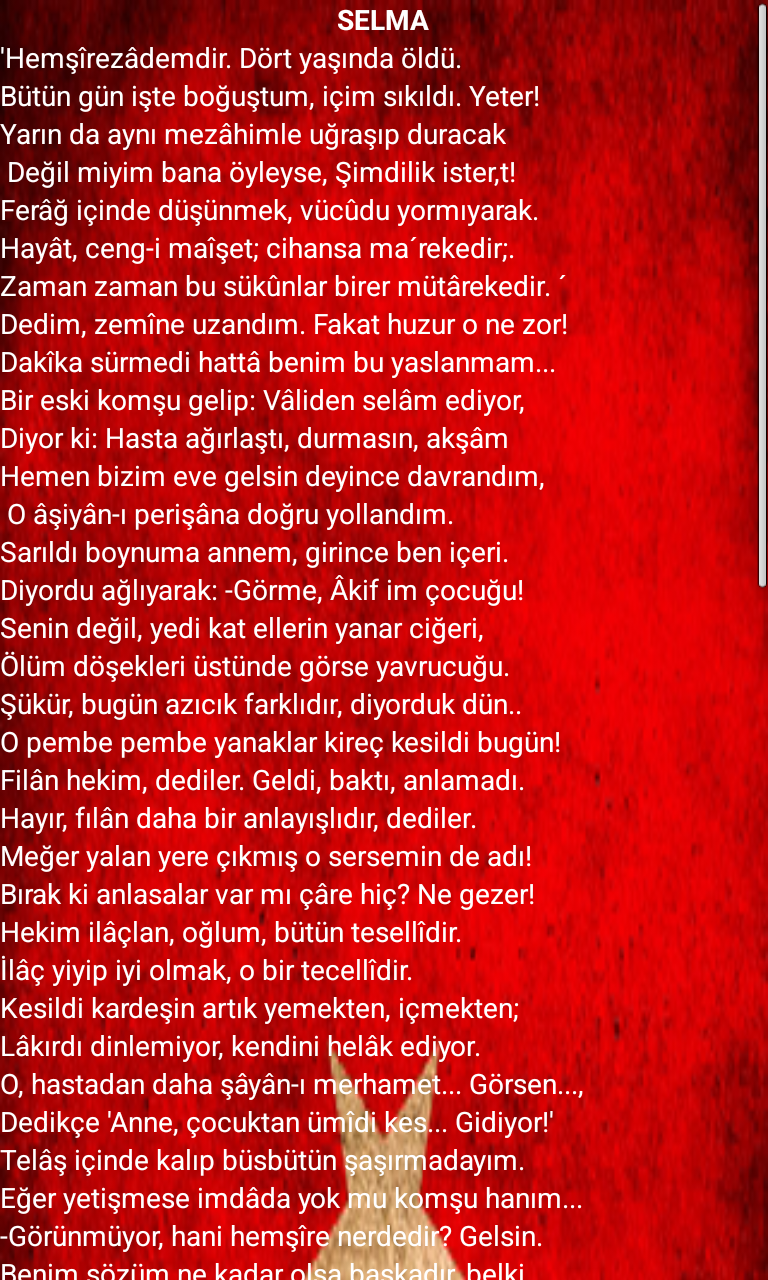
Repository: dokayazilim/Safahat-Android--Uygulamasi
Layout: safahat(android)/Safahat/res/layout/kitap12.xml
An editor plug-in stored every save of this project. The layout is shown before and after the next save, followed by the edit.
It is drawn on a 768 x 1280 px phone screen (xhdpi) without system bars, with theme android:Theme; the app's code is not run.

Above is the layout before, as saved 2012-09-06 13:02:48.

### safahat(android)/Safahat/res/layout/kitap12.xml
<?xml version="1.0" encoding="utf-8"?>
<ScrollView    android:id="@+id/widget1"    android:layout_width="fill_parent"    android:layout_height="fill_parent"    xmlns:android="http://schemas.android.com/apk/res/android"    >
<LinearLayout xmlns:android="http://schemas.android.com/apk/res/android"
    android:layout_width="fill_parent"
    android:layout_height="fill_parent"
    android:orientation="vertical" android:background="@drawable/androidturk">

  <TextView
        android:id="@+id/textView1"
        android:layout_width="wrap_content"
        android:layout_height="wrap_content"
        android:text="SELMA" android:textColor="#ffffff" android:textStyle="bold" android:layout_gravity="center"/>
<TextView
        android:id="@+id/textView2"
        android:layout_width="wrap_content"
        android:layout_height="wrap_content"
        android:text="'Hemşîrezâdemdir. Dört yaşında öldü. " android:textColor="#ffffff"/>
<TextView
        android:id="@+id/textView3"
        android:layout_width="wrap_content"
        android:layout_height="wrap_content"
        android:text="Bütün gün işte boğuştum, içim sıkıldı. Yeter!" android:textColor="#ffffff"/>
<TextView
        android:id="@+id/textView4"
        android:layout_width="wrap_content"
        android:layout_height="wrap_content"
        android:text="Yarın da aynı mezâhimle uğraşıp duracak" android:textColor="#ffffff"/>
<TextView
        android:id="@+id/textView5"
        android:layout_width="wrap_content"
        android:layout_height="wrap_content"
        android:text="
Değil miyim bana öyleyse, Şimdilik ister,t!
" android:textColor="#ffffff"/>
<TextView
        android:id="@+id/textView6"
        android:layout_width="wrap_content"
        android:layout_height="wrap_content"
        android:text="Ferâğ içinde düşünmek, vücûdu yormıyarak." android:textColor="#ffffff"/>
<TextView
        android:id="@+id/textView7"
        android:layout_width="wrap_content"
        android:layout_height="wrap_content"
        android:text="Hayât, ceng-i maîşet; cihansa ma´rekedir;." android:textColor="#ffffff"/>
<TextView
        android:id="@+id/textView8"
        android:layout_width="wrap_content"
        android:layout_height="wrap_content"
        android:text="Zaman zaman bu sükûnlar birer mütârekedir. ´" android:textColor="#ffffff"/>
<TextView
        android:id="@+id/textView9"
        android:layout_width="wrap_content"
        android:layout_height="wrap_content"
        android:text="Dedim, zemîne uzandım. Fakat huzur o ne zor!" android:textColor="#ffffff"/>
<TextView
        android:id="@+id/textView10"
        android:layout_width="wrap_content"
        android:layout_height="wrap_content"
        android:text="Dakîka sürmedi hattâ benim bu yaslanmam..." android:textColor="#ffffff"/>
<TextView
        android:id="@+id/textView11"
        android:layout_width="wrap_content"
        android:layout_height="wrap_content"
        android:text="Bir eski komşu gelip: Vâliden selâm ediyor," android:textColor="#ffffff"/>
<TextView
        android:id="@+id/textView12"
        android:layout_width="wrap_content"
        android:layout_height="wrap_content"
        android:text="Diyor ki: Hasta ağırlaştı, durmasın, akşâm" android:textColor="#ffffff"/>
<TextView
        android:id="@+id/textView13"
        android:layout_width="wrap_content"
        android:layout_height="wrap_content"
        android:text="Hemen bizim eve gelsin deyince davrandım," android:textColor="#ffffff"/>
<TextView
        android:id="@+id/textView14"
        android:layout_width="wrap_content"
        android:layout_height="wrap_content"
        android:text="
O âşiyân-ı perişâna doğru yollandım.
" android:textColor="#ffffff"/>
<TextView
        android:id="@+id/textView15"
        android:layout_width="wrap_content"
        android:layout_height="wrap_content"
        android:text="Sarıldı boynuma annem, girince ben içeri." android:textColor="#ffffff"/>
<TextView
        android:id="@+id/textView16"
        android:layout_width="wrap_content"
        android:layout_height="wrap_content"
        android:text="Diyordu ağlıyarak: -Görme, Âkif im çocuğu!" android:textColor="#ffffff"/>
<TextView
        android:id="@+id/textView17"
        android:layout_width="wrap_content"
        android:layout_height="wrap_content"
        android:text="Senin değil, yedi kat ellerin yanar ciğeri," android:textColor="#ffffff"/>
<TextView
        android:id="@+id/textView18"
        android:layout_width="wrap_content"
        android:layout_height="wrap_content"
        android:text="Ölüm döşekleri üstünde görse yavrucuğu." android:textColor="#ffffff"/>
<TextView
        android:id="@+id/textView19"
        android:layout_width="wrap_content"
        android:layout_height="wrap_content"
        android:text="Şükür, bugün azıcık farklıdır, diyorduk dün.." android:textColor="#ffffff"/>
<TextView
        android:id="@+id/textView20"
        android:layout_width="wrap_content"
        android:layout_height="wrap_content"
        android:text="O pembe pembe yanaklar kireç kesildi bugün!" android:textColor="#ffffff"/>
<TextView
        android:id="@+id/textView21"
        android:layout_width="wrap_content"
        android:layout_height="wrap_content"
        android:text="Filân hekim, dediler. Geldi, baktı, anlamadı." android:textColor="#ffffff"/>
<TextView
        android:id="@+id/textView22"
        android:layout_width="wrap_content"
        android:layout_height="wrap_content"
        android:text="Hayır, fılân daha bir anlayışlıdır, dediler." android:textColor="#ffffff"/>
<TextView
        android:id="@+id/textView23"
        android:layout_width="wrap_content"
        android:layout_height="wrap_content"
        android:text="Meğer yalan yere çıkmış o sersemin de adı!" android:textColor="#ffffff"/>
<TextView
        android:id="@+id/textView24"
        android:layout_width="wrap_content"
        android:layout_height="wrap_content"
        android:text="Bırak ki anlasalar var mı çâre hiç? Ne gezer!" android:textColor="#ffffff"/>
<TextView
        android:id="@+id/textView25"
        android:layout_width="wrap_content"
        android:layout_height="wrap_content"
        android:text="Hekim ilâçlan, oğlum, bütün tesellîdir." android:textColor="#ffffff"/>
<TextView
        android:id="@+id/textView26"
        android:layout_width="wrap_content"
        android:layout_height="wrap_content"
        android:text="İlâç yiyip iyi olmak, o bir tecellîdir." android:textColor="#ffffff"/>
<TextView
        android:id="@+id/textView27"
        android:layout_width="wrap_content"
        android:layout_height="wrap_content"
        android:text="Kesildi kardeşin artık yemekten, içmekten;" android:textColor="#ffffff"/>
<TextView
        android:id="@+id/textView28"
        android:layout_width="wrap_content"
        android:layout_height="wrap_content"
        android:text="Lâkırdı dinlemiyor, kendini helâk ediyor." android:textColor="#ffffff"/>
<TextView
        android:id="@+id/textView29"
        android:layout_width="wrap_content"
        android:layout_height="wrap_content"
        android:text="O, hastadan daha şâyân-ı merhamet... Görsen...," android:textColor="#ffffff"/>
<TextView
        android:id="@+id/textView30"
        android:layout_width="wrap_content"
        android:layout_height="wrap_content"
        android:text="Dedikçe 'Anne, çocuktan ümîdi kes... Gidiyor!'" android:textColor="#ffffff"/>
<TextView
        android:id="@+id/textView31"
        android:layout_width="wrap_content"
        android:layout_height="wrap_content"
        android:text="Telâş içinde kalıp büsbütün şaşırmadayım." android:textColor="#ffffff"/>
<TextView
        android:id="@+id/textView32"
        android:layout_width="wrap_content"
        android:layout_height="wrap_content"
        android:text="Eğer yetişmese imdâda yok mu komşu hanım..." android:textColor="#ffffff"/>
<TextView
        android:id="@+id/textView33"
        android:layout_width="wrap_content"
        android:layout_height="wrap_content"
        android:text="-Görünmüyor, hani hemşîre nerdedir? Gelsin." android:textColor="#ffffff"/>
<TextView
        android:id="@+id/textView34"
        android:layout_width="wrap_content"
        android:layout_height="wrap_content"
        android:text="Benim sözüm ne kadar olsa başkadır, belki" android:textColor="#ffffff"/>
<TextView
        android:id="@+id/textView35"
        android:layout_width="wrap_content"
        android:layout_height="wrap_content"
        android:text="Biraz bulurdu teselli..." android:textColor="#ffffff"/>
<TextView
        android:id="@+id/textView36"
        android:layout_width="wrap_content"
        android:layout_height="wrap_content"
        android:text="- Nasıl da söylersin!" android:textColor="#ffffff"/>
<TextView
        android:id="@+id/textView37"
        android:layout_width="wrap_content"
        android:layout_height="wrap_content"
        android:text="Lâkırdı kâr edecek kim Duyar mı hiç beriki" android:textColor="#ffffff"/>
<TextView
        android:id="@+id/textView38"
        android:layout_width="wrap_content"
        android:layout_height="wrap_content"
        android:text="Kolay bir iç mi Senin anne olduğun var mı" android:textColor="#ffffff"/>
<TextView
        android:id="@+id/textView39"
        android:layout_width="wrap_content"
        android:layout_height="wrap_content"
        android:text="Çocuk o halde iken anne sözden anlar mı" android:textColor="#ffffff"/>
<TextView
        android:id="@+id/textView40"
        android:layout_width="wrap_content"
        android:layout_height="wrap_content"
        android:text="Bu hem kaçıncı felâket Beşinci! Yâ Rabbi," android:textColor="#ffffff"/>
<TextView
        android:id="@+id/textView41"
        android:layout_width="wrap_content"
        android:layout_height="wrap_content"
        android:text="Tamam beşinci seferdir ki kız ölüm görecek!" android:textColor="#ffffff"/>
<TextView
        android:id="@+id/textView42"
        android:layout_width="wrap_content"
        android:layout_height="wrap_content"
        android:text="Bu son ümîdi de şâyed giderse dördü gibi," android:textColor="#ffffff"/>
<TextView
        android:id="@+id/textView43"
        android:layout_width="wrap_content"
        android:layout_height="wrap_content"
        android:text="
Zavallı kendini vaktinden evvel öldürecek.
" android:textColor="#ffffff"/>
<TextView
        android:id="@+id/textView44"
        android:layout_width="wrap_content"
        android:layout_height="wrap_content"
        android:text="
Çıkıp da gör hele bir kerre şimdi Selmâ yı
" android:textColor="#ffffff"/>
<TextView
        android:id="@+id/textView45"
        android:layout_width="wrap_content"
        android:layout_height="wrap_content"
        android:text="Ne hâle koydu felek git de bak o sîmâyı!" android:textColor="#ffffff"/>
<TextView
        android:id="@+id/textView46"
        android:layout_width="wrap_content"
        android:layout_height="wrap_content"
        android:text="Sabahleyin dili, baktım, biraz ağırlaşıyor..." android:textColor="#ffffff"/>
<TextView
        android:id="@+id/textView47"
        android:layout_width="wrap_content"
        android:layout_height="wrap_content"
        android:text="Melil melil bakıyor şimdi bülbül evlâdım!"

 android:textColor="#ffffff"/>
<TextView
        android:id="@+id/textView48"
        android:layout_width="wrap_content"
        android:layout_height="wrap_content"
        android:text="
Ne zâlim illet imiş: Bir çocukla uğraşıyor...
" android:textColor="#ffffff"/>
<TextView
        android:id="@+id/textView49"
        android:layout_width="wrap_content"
        android:layout_height="wrap_content"
        android:text="O olmasaydı da ben keşke hasta olsaydım." android:textColor="#ffffff"/>
<TextView
        android:id="@+id/textView50"
        android:layout_width="wrap_content"
        android:layout_height="wrap_content"
        android:text="Şikâyet olmasın amma tahammülüm bitti..." android:textColor="#ffffff"/>
<TextView
        android:id="@+id/textView51"
        android:layout_width="wrap_content"
        android:layout_height="wrap_content"
        android:text="Günaha girmedeyim durmuşum da bak şimdi!" android:textColor="#ffffff"/>
<TextView
        android:id="@+id/textView52"
        android:layout_width="wrap_content"
        android:layout_height="wrap_content"
        android:text="
Ne manzaraydı ki bir kuş kadar uçan o melek
" android:textColor="#ffffff"/>
<TextView
        android:id="@+id/textView53"
        android:layout_width="wrap_content"
        android:layout_height="wrap_content"
        android:text="Dururdu bî-hareket, kol kanad kımıldamıyor!" android:textColor="#ffffff"/>
<TextView
        android:id="@+id/textView54"
        android:layout_width="wrap_content"
        android:layout_height="wrap_content"
        android:text="Gözünde nûr-i nazar titriyor, hemen sönecek..." android:textColor="#ffffff"/>
<TextView
        android:id="@+id/textView55"
        android:layout_width="wrap_content"
        android:layout_height="wrap_content"
        android:text="Dudakta nâtıka donmuş; kulak söz anlamıyor!" android:textColor="#ffffff"/>
<TextView
        android:id="@+id/textView56"
        android:layout_width="wrap_content"
        android:layout_height="wrap_content"
        android:text="Türâb rengine girmiş cebîn-i sîmîni;" android:textColor="#ffffff"/>
<TextView
        android:id="@+id/textView57"
        android:layout_width="wrap_content"
        android:layout_height="wrap_content"
        android:text="Ölüm merâreti duydum, öpünce leblerini!

" android:textColor="#ffffff"/>
<TextView
        android:id="@+id/textView58"
        android:layout_width="wrap_content"
        android:layout_height="wrap_content"
        android:text="Başında annesi -mâtem tecessüm etmiş de" android:textColor="#ffffff"/>
<TextView
        android:id="@+id/textView59"
        android:layout_width="wrap_content"
        android:layout_height="wrap_content"
        android:text="Kadın kıyâfeti almış gibi -durur mebhût;" android:textColor="#ffffff"/>
<TextView
        android:id="@+id/textView60"
        android:layout_width="wrap_content"
        android:layout_height="wrap_content"
        android:text="Yanında komşu kadınlar hurûşa âmâde," android:textColor="#ffffff"/>
<TextView
        android:id="@+id/textView61"
        android:layout_width="wrap_content"
        android:layout_height="wrap_content"
        android:text="Eğerçi ortada dönmekte bir mehîb sükût." android:textColor="#ffffff"/>
<TextView
        android:id="@+id/textView62"
        android:layout_width="wrap_content"
        android:layout_height="wrap_content"
        android:text="
Girince ben odadan hepsi kalktılar ayağa,
" android:textColor="#ffffff"/>
<TextView
        android:id="@+id/textView63"
        android:layout_width="wrap_content"
        android:layout_height="wrap_content"
        android:text="Kızıyla annesi mıhlıydılar fakat yatağa!" android:textColor="#ffffff"/>
<TextView
        android:id="@+id/textView64"
        android:layout_width="wrap_content"
        android:layout_height="wrap_content"
        android:text="Dedim: Nedir bu senin yaptığın, düşünsene bir.." android:textColor="#ffffff"/>
<TextView
        android:id="@+id/textView65"
        android:layout_width="wrap_content"
        android:layout_height="wrap_content"
        android:text="Bırak şu hastayı artık biraz da kendisine." android:textColor="#ffffff"/>
<TextView
        android:id="@+id/textView66"
        android:layout_width="wrap_content"
        android:layout_height="wrap_content"
        android:text="
Ne çâre, hükm-i kader âkıbet zuhûra gelir,
" android:textColor="#ffffff"/>
<TextView
        android:id="@+id/textView67"
        android:layout_width="wrap_content"
        android:layout_height="wrap_content"
        android:text="Cenâze şekline girmekte böyle fâide ne" android:textColor="#ffffff"/>
<TextView
        android:id="@+id/textView68"
        android:layout_width="wrap_content"
        android:layout_height="wrap_content"
        android:text="Senin bu yaptığın Allah´a karşı isyandır;" android:textColor="#ffffff"/>
<TextView
        android:id="@+id/textView69"
        android:layout_width="wrap_content"
        android:layout_height="wrap_content"
        android:text=" Asıl felâkete sabreyleyenler insandır..." android:textColor="#ffffff"/>
<TextView
        android:id="@+id/textView70"
        android:layout_width="wrap_content"
        android:layout_height="wrap_content"
        android:text=" Asıl felâkete sabreyleyenler insandır..." android:textColor="#ffffff"/>
<TextView
        android:id="@+id/textView71"
        android:layout_width="wrap_content"
        android:layout_height="wrap_content"
        android:text=" Asıl felâkete sabreyleyenler insandır..." android:textColor="#ffffff"/>
<TextView
        android:id="@+id/textView72"
        android:layout_width="wrap_content"
        android:layout_height="wrap_content"
        android:text=" Asıl felâkete sabreyleyenler insandır..." android:textColor="#ffffff"/>

<TextView
        android:id="@+id/textView73"
        android:layout_width="wrap_content"
        android:layout_height="wrap_content"
        android:text="Mehmet Akif ERSOY" android:textColor="#ffffff" android:textStyle="bold"/>
</LinearLayout>
</ScrollView>

After the next save:
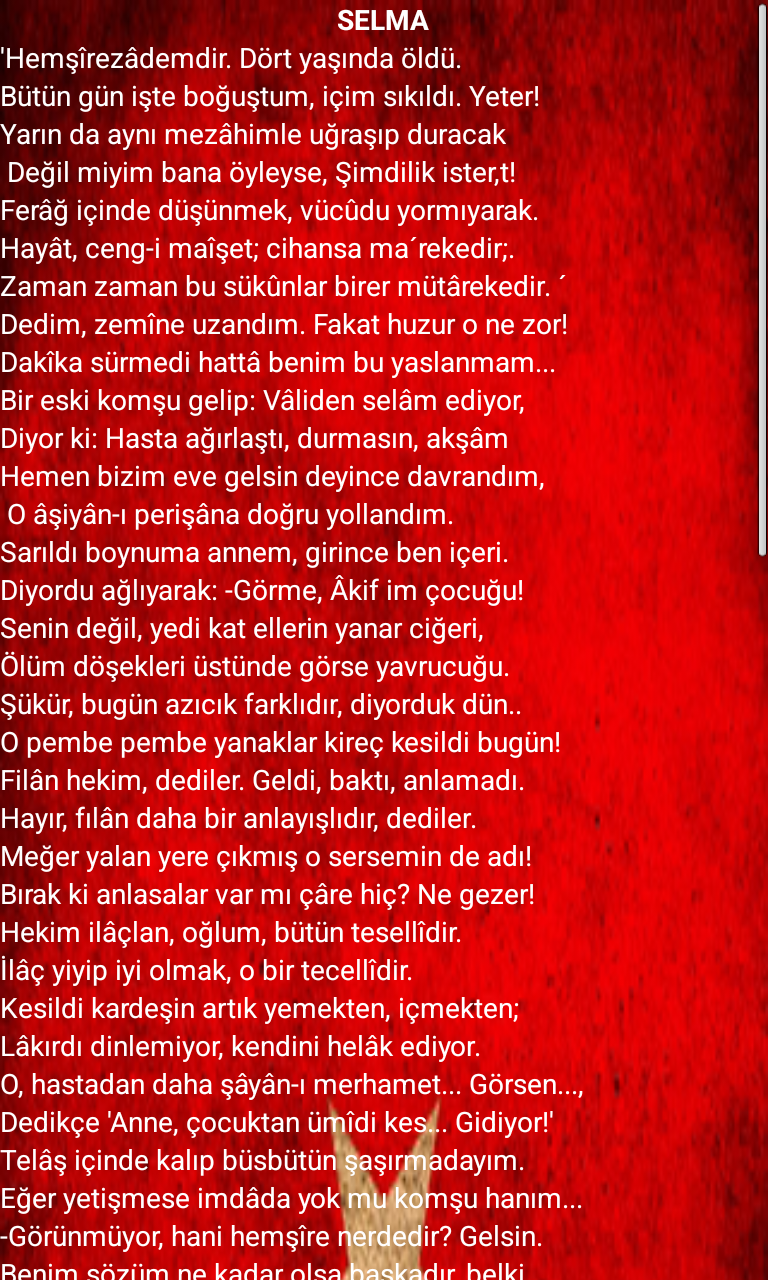
Saved 66 s later.
--- a/safahat(android)/Safahat/res/layout/kitap12.xml
+++ b/safahat(android)/Safahat/res/layout/kitap12.xml
@@ -374,20 +374,40 @@ Ne çâre, hükm-i kader âkıbet zuhûra gelir,
         android:id="@+id/textView70"
         android:layout_width="wrap_content"
         android:layout_height="wrap_content"
-        android:text=" Asıl felâkete sabreyleyenler insandır..." android:textColor="#ffffff"/>
+        android:text=" Şu yolda başlayan âvâre bir talâkatle," android:textColor="#ffffff"/>
 <TextView
         android:id="@+id/textView71"
         android:layout_width="wrap_content"
         android:layout_height="wrap_content"
-        android:text=" Asıl felâkete sabreyleyenler insandır..." android:textColor="#ffffff"/>
+        android:text=" Devâm edip gidiyordum ben ictihâdımda..." android:textColor="#ffffff"/>
 <TextView
         android:id="@+id/textView72"
         android:layout_width="wrap_content"
         android:layout_height="wrap_content"
-        android:text=" Asıl felâkete sabreyleyenler insandır..." android:textColor="#ffffff"/>
+        android:text="Ne oldu, hastaya bir şey mi oldu, anlamadım..." android:textColor="#ffffff"/>
+<TextView
+        android:id="@+id/textView73"
+        android:layout_width="wrap_content"
+        android:layout_height="wrap_content"
+        android:text="Ne oldu, hastaya bir şey mi oldu, anlamadım..." android:textColor="#ffffff"/>
+<TextView
+        android:id="@+id/textView74"
+        android:layout_width="wrap_content"
+        android:layout_height="wrap_content"
+        android:text="Ne oldu, hastaya bir şey mi oldu, anlamadım..." android:textColor="#ffffff"/>
+<TextView
+        android:id="@+id/textView75"
+        android:layout_width="wrap_content"
+        android:layout_height="wrap_content"
+        android:text="Ne oldu, hastaya bir şey mi oldu, anlamadım..." android:textColor="#ffffff"/>
+<TextView
+        android:id="@+id/textView76"
+        android:layout_width="wrap_content"
+        android:layout_height="wrap_content"
+        android:text="Ne oldu, hastaya bir şey mi oldu, anlamadım..." android:textColor="#ffffff"/>
 
 <TextView
-        android:id="@+id/textView73"
+        android:id="@+id/textView77"
         android:layout_width="wrap_content"
         android:layout_height="wrap_content"
         android:text="Mehmet Akif ERSOY" android:textColor="#ffffff" android:textStyle="bold"/>
